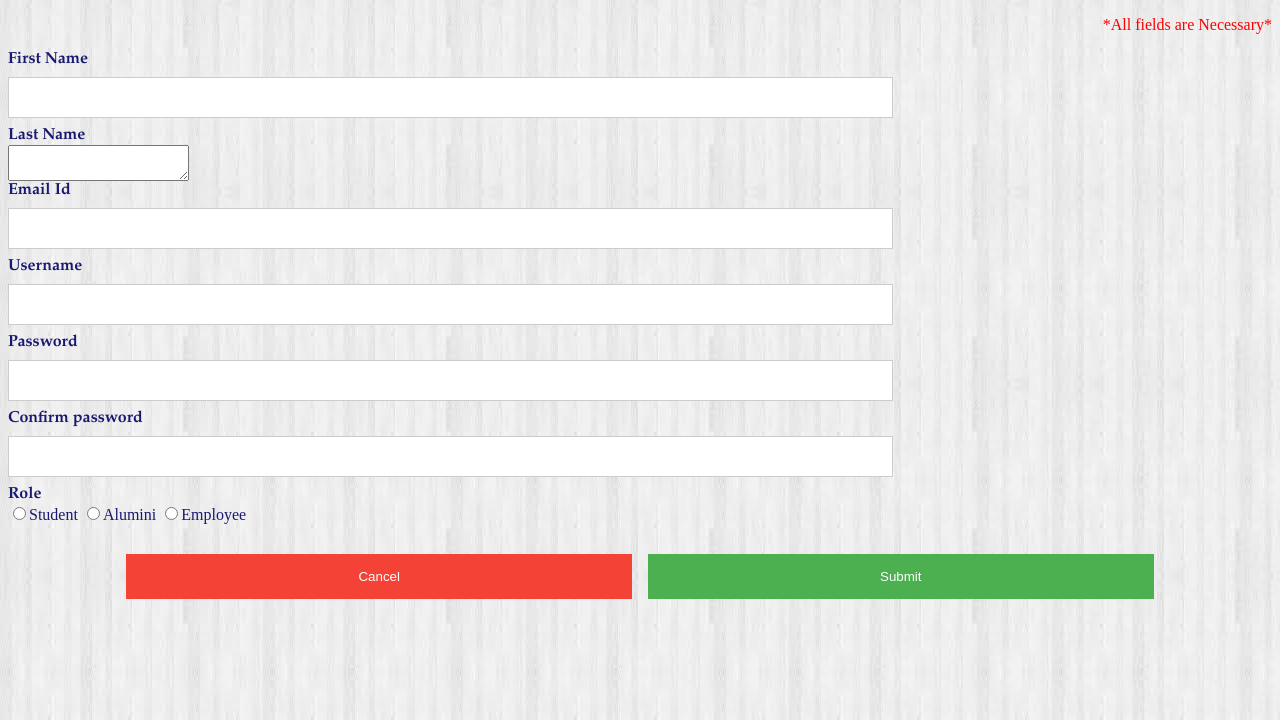
Repository: SwapnilYeldi/Project-2
Page: frontend/WebContent/views/jobform.html
The author's editor kept a copy of each file at every save. The page is drawn from the files as they stood at one save, then again after the next save.
The browser window is 1280 px wide. The pictures show the whole page.

Above is the page before, as saved 2017-07-17 16:53:04.

After the next save:
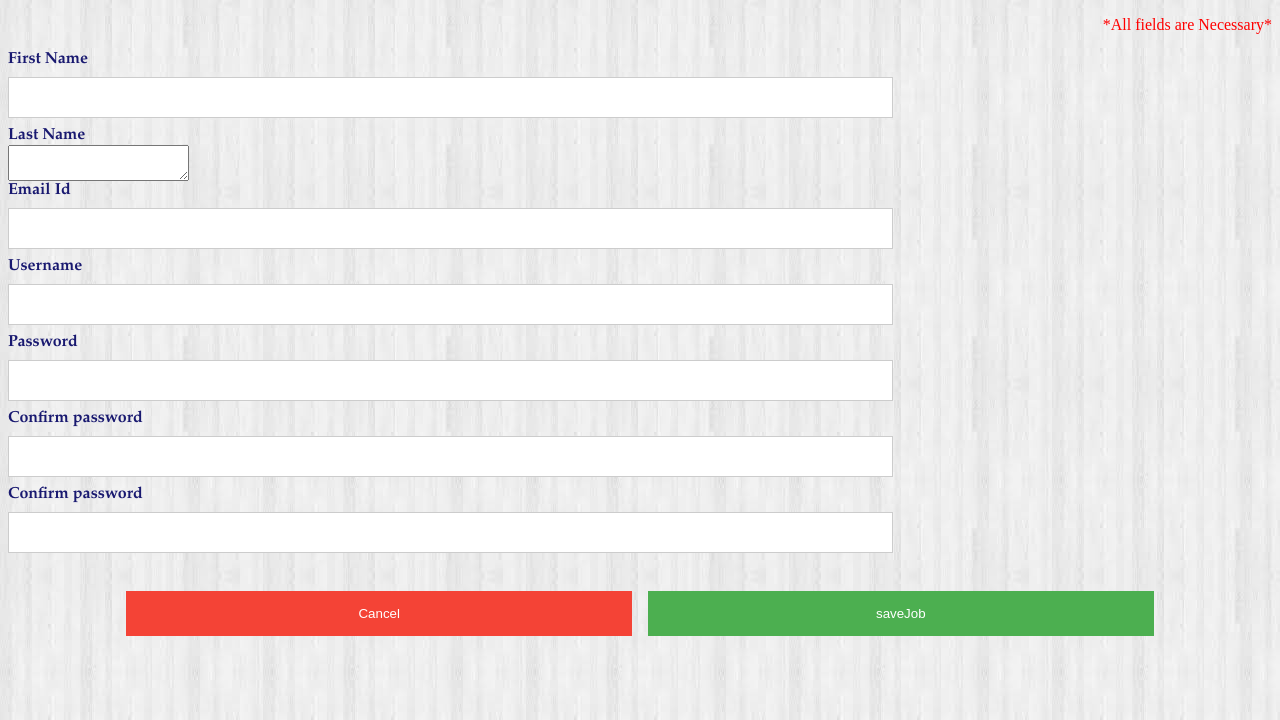
Saved 82 s later.
--- a/frontend/WebContent/views/jobform.html
+++ b/frontend/WebContent/views/jobform.html
@@ -65,10 +65,9 @@ background-color: #4CAF50;
 <label><font face="Garamond"><b>Confirm password</b></font></label><br>
 <input type="text" ng-model="job.location"><br>
 
-<label><font face="Garamond"><b>Role</b></font></label><br>
-<input type="radio" ng-model="user.role" value="Student">Student
-<input type="radio" ng-model="user.role" value="Alumini">Alumini
-<input type="radio" ng-model="user.role" value="Employee">Employee<br>
+<label><font face="Garamond"><b>Confirm password</b></font></label><br>
+<input type="text" ng-model="job.companyName"><br>
+
 
 
 
@@ -77,7 +76,7 @@ background-color: #4CAF50;
 <center>
 <!-- <h4><input type="checkbox" checked="checked">I Agree<a href="#"><u>Terms and Privacy.</u></a></h3> -->
 <input type="button" class="cancelbtn" value="Cancel">&nbsp;&nbsp;&nbsp;
-<input type="submit" class="signupbtn"  ng-click="register()"><center>
+<input type="submit" class="signupbtn"   value="saveJob" ng-click="saveJob()"><center>
 
 	</font>
 </form>
